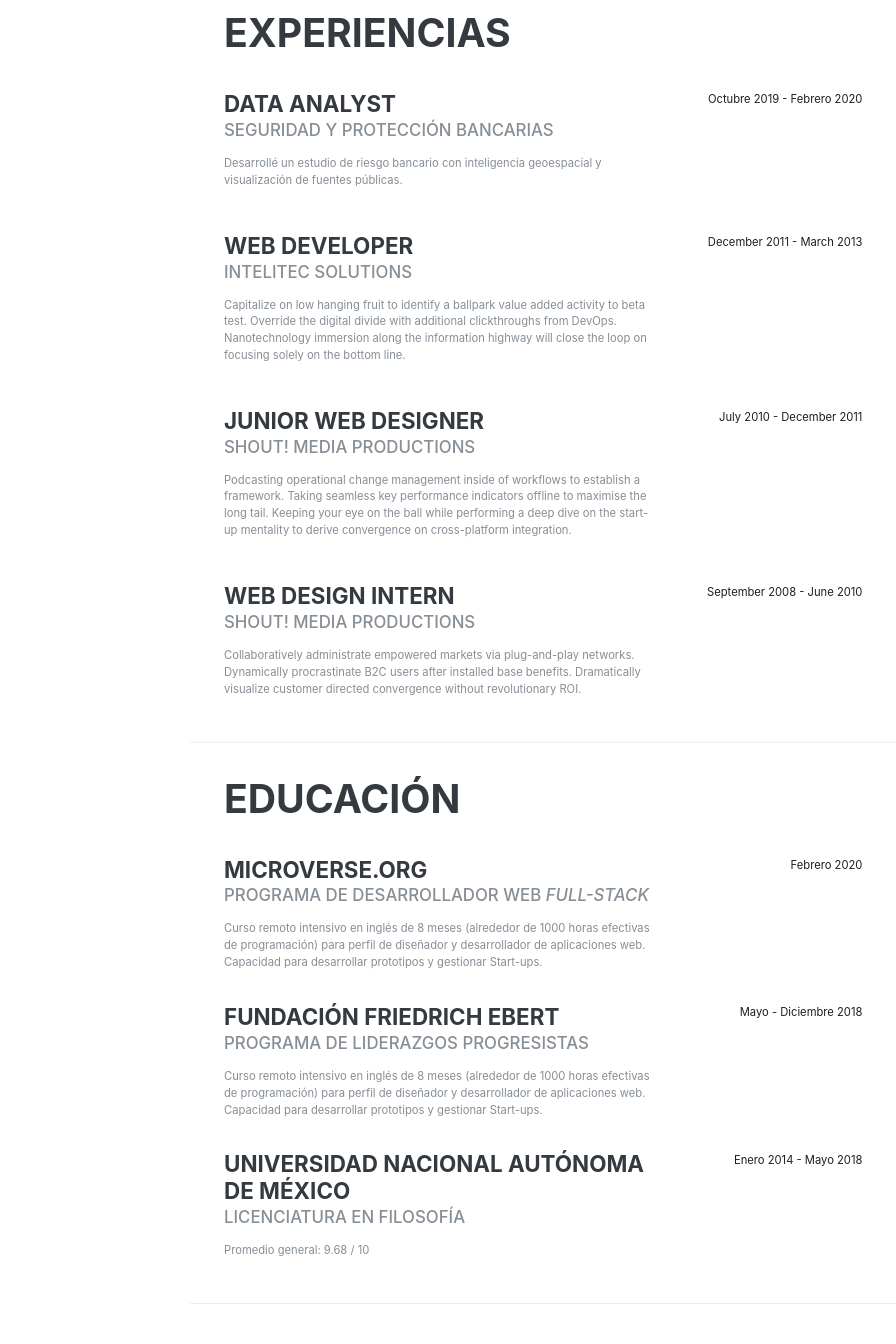
Repository: angel-mora/about-me
Page: es-index.html
These files come from the project's save history. The page is drawn as it stood at one moment and after the next save; the edit follows.
The browser window is 1280 px wide. The pictures show the part of the page from y = 754 to 2674 px (the page is 4779 px tall before and 4406 px after), at 70% of full size.
Some web fonts or font styles are not loaded; a fallback is used.

Above is the page before, as saved 2020-06-30 18:52:30.

### es-index.html
<!DOCTYPE html>
<html lang="es">

<head>

    <meta charset="utf-8">
    <meta name="viewport" content="width=device-width, initial-scale=1, shrink-to-fit=no">
    <meta name="description" content="">
    <meta name="author" content="">

    <title>Angel Moma</title>

    <!-- Bootstrap core CSS -->
    <link href="vendor/bootstrap/css/bootstrap.min.css" rel="stylesheet">

    <!-- Custom fonts for this template -->
    <link href="https://fonts.googleapis.com/css?family=Saira+Extra+Condensed:500,700" rel="stylesheet">
    <link href="https://fonts.googleapis.com/css?family=Muli:400,400i,800,800i" rel="stylesheet">
    <link href="vendor/fontawesome-free/css/all.min.css" rel="stylesheet">

    <!-- Custom styles for this template -->
    <link href="css/resume.min.css" rel="stylesheet">

</head>

<body id="page-top">

    <nav class="navbar navbar-expand-lg navbar-dark bg-primary fixed-top" id="sideNav">
        <a class="navbar-brand js-scroll-trigger" href="#page-top">
            <span class="d-block d-lg-none">¡CONÓCEME!</span>
            <span class="d-none d-lg-block">
                <img class="img-fluid img-profile rounded-circle mx-auto mb-2" src="img/profile.jpg" alt="">
            </span>
        </a>
        <button class="navbar-toggler" type="button" data-toggle="collapse" data-target="#navbarSupportedContent" aria-controls="navbarSupportedContent" aria-expanded="false" aria-label="Toggle navigation">
            <span class="navbar-toggler-icon"></span>
        </button>
        <div class="collapse navbar-collapse" id="navbarSupportedContent">
            <ul class="navbar-nav">
                <li class="nav-item">
                    <a class="nav-link js-scroll-trigger" href="#about">Acerca de mí</a>
                </li>
                <li class="nav-item">
                    <a class="nav-link js-scroll-trigger" href="#experience">Experiencias</a>
                </li>
                <li class="nav-item">
                    <a class="nav-link js-scroll-trigger" href="#education">Formación</a>
                </li>
                <li class="nav-item">
                    <a class="nav-link js-scroll-trigger" href="#skills">Habilidades</a>
                </li>
                <li class="nav-item">
                    <a class="nav-link js-scroll-trigger" href="#interests">Intereses</a>
                </li>
                <li class="nav-item">
                    <a class="nav-link js-scroll-trigger" href="#awards">Premios</a>
                </li>
                <li class="nav-item">
                    <a class="nav-link js-scroll-trigger font-italic" href="en-index.html">English version</a>
                </li>
            </ul>
        </div>
    </nav>

    <div class="container-fluid p-0">

        <section class="resume-section p-3 p-lg-5 d-flex align-items-center" id="about">
            <div class="w-100">
                <h1 class="mb-0">Angel
                    <span class="text-primary">Mora</span>
                </h1>
                <div class="subheading mb-5">Desarrollador Web · Tecnologías cívicas ·
                    <a href="mailto:angelmomaa@gmail.com">angelmomaa@gmail.com</a>
                </div>
                <p class="lead mb-5">Administración de proyectos con Agile, Scrum y otras metodologías de negocio iterativas
                    <br>Consultoría política progresista a través de la tecnología
                    <br>Visualización de datos
                    <br>Análisis del discurso
                    <br>Formación en Liderazgo
                    <br>Imagino futuros en Disonancias
                    <!-- añadir algo de coaching profesional y psicológico-->
                </p>
                <div class="social-icons">
                    <a href="https://www.linkedin.com/in/angelmoram/">
                        <i class="fab fa-linkedin-in"></i>
                    </a>
                    <a href="https://github.com/angel-mora">
                        <i class="fab fa-github"></i>
                    </a>

                </div>
            </div>
        </section>

        <hr class="m-0">

        <section class="resume-section p-3 p-lg-5 d-flex justify-content-center" id="experience">
            <div class="w-100">
                <h2 class="mb-5">Experiencias</h2>

                <div class="resume-item d-flex flex-column flex-md-row justify-content-between mb-5">
                    <div class="resume-content">
                        <h3 class="mb-0">Data Analyst</h3>
                        <div class="subheading mb-3">Seguridad y Protección Bancarias</div>
                        <p>Desarrollé un estudio de riesgo bancario con inteligencia geoespacial y visualización de fuentes públicas.
                        </p>
                    </div>
                    <div class="resume-date text-md-right">
                        <span class="text-primary">Octubre 2019 - Febrero 2020</span>
                    </div>
                </div>

                <div class="resume-item d-flex flex-column flex-md-row justify-content-between mb-5">
                    <div class="resume-content">
                        <h3 class="mb-0">Web Developer</h3>
                        <div class="subheading mb-3">Intelitec Solutions</div>
                        <p>Capitalize on low hanging fruit to identify a ballpark value added activity to beta test. Override the digital divide with additional clickthroughs from DevOps. Nanotechnology immersion along the information highway will close
                            the loop on focusing solely on the bottom line.</p>
                    </div>
                    <div class="resume-date text-md-right">
                        <span class="text-primary">December 2011 - March 2013</span>
                    </div>
                </div>

                <div class="resume-item d-flex flex-column flex-md-row justify-content-between mb-5">
                    <div class="resume-content">
                        <h3 class="mb-0">Junior Web Designer</h3>
                        <div class="subheading mb-3">Shout! Media Productions</div>
                        <p>Podcasting operational change management inside of workflows to establish a framework. Taking seamless key performance indicators offline to maximise the long tail. Keeping your eye on the ball while performing a deep dive on the
                            start-up mentality to derive convergence on cross-platform integration.</p>
                    </div>
                    <div class="resume-date text-md-right">
                        <span class="text-primary">July 2010 - December 2011</span>
                    </div>
                </div>

                <div class="resume-item d-flex flex-column flex-md-row justify-content-between">
                    <div class="resume-content">
                        <h3 class="mb-0">Web Design Intern</h3>
                        <div class="subheading mb-3">Shout! Media Productions</div>
                        <p>Collaboratively administrate empowered markets via plug-and-play networks. Dynamically procrastinate B2C users after installed base benefits. Dramatically visualize customer directed convergence without revolutionary ROI.</p>
                    </div>
                    <div class="resume-date text-md-right">
                        <span class="text-primary">September 2008 - June 2010</span>
                    </div>
                </div>

            </div>

        </section>

        <hr class="m-0">

        <section class="resume-section p-3 p-lg-5 d-flex align-items-center" id="education">
            <div class="w-100">
                <h2 class="mb-5">Educación</h2>

                <div class="resume-item d-flex flex-column flex-md-row justify-content-between mb-5">
                    <div class="resume-content">
                        <h3 class="mb-0">Microverse.org</h3>
                        <div class="subheading mb-3">Programa de Desarrollador Web <i>Full-stack</i></div>
                        <div>Curso remoto intensivo en inglés de 8 meses (alrededor de 1000 horas efectivas de programación) para perfil de diseñador y desarrollador de aplicaciones web.<br>Capacidad para desarrollar prototipos y gestionar Start-ups.</div>
                        <!-- <p>GPA: 3.23</p> -->
                    </div>
                    <div class="resume-date text-md-right">
                        <span class="text-primary">Febrero 2020</span>
                    </div>
                </div>

                <div class="resume-item d-flex flex-column flex-md-row justify-content-between mb-5">
                    <div class="resume-content">
                        <h3 class="mb-0">Fundación Friedrich Ebert</h3>
                        <div class="subheading mb-3">Programa de Liderazgos Progresistas</div>
                        <div>Curso remoto intensivo en inglés de 8 meses (alrededor de 1000 horas efectivas de programación) para perfil de diseñador y desarrollador de aplicaciones web.<br>Capacidad para desarrollar prototipos y gestionar Start-ups.
                        </div>
                        <!-- <p>GPA: 3.23</p> -->
                    </div>
                    <div class="resume-date text-md-right">
                        <span class="text-primary">Mayo - Diciembre 2018</span>
                    </div>
                </div>

                <div class="resume-item d-flex flex-column flex-md-row justify-content-between">
                    <div class="resume-content">
                        <h3 class="mb-0">Universidad Nacional Autónoma de México</h3>
                        <div class="subheading mb-3">Licenciatura en Filosofía</div>
                        <p>Promedio general: 9.68 / 10</p>
                    </div>
                    <div class="resume-date text-md-right">
                        <span class="text-primary">Enero 2014 - Mayo 2018</span>
                    </div>
                </div>

            </div>
        </section>

        <hr class="m-0">

        <section class="resume-section p-3 p-lg-5 d-flex align-items-center" id="skills">
            <div class="w-100">
                <h2 class="mb-5">Habilidades</h2>

                <div class="subheading mb-3">Lenguajes Web &amp; Librerías</div>
                <!-- add Leaflet, GIS, R Studio, Python -->
                <ul class="list-inline dev-icons">
                    <li class="list-inline-item">
                        <i class="fab fa-html5"></i>
                    </li>
                    <li class="list-inline-item">
                        <i class="fab fa-css3-alt"></i>
                    </li>
                    <li class="list-inline-item">
                        <i class="fab fa-js-square"></i>
                    </li>
                    <li class="list-inline-item">
                        <i class="fab fa-angular"></i>
                    </li>
                    <li class="list-inline-item">
                        <i class="fab fa-react"></i>
                    </li>
                    <li class="list-inline-item">
                        <i class="fab fa-node-js"></i>
                    </li>
                    <li class="list-inline-item">
                        <i class="fab fa-sass"></i>
                    </li>
                    <li class="list-inline-item">
                        <i class="fab fa-less"></i>
                    </li>
                    <li class="list-inline-item">
                        <i class="fab fa-wordpress"></i>
                    </li>
                    <li class="list-inline-item">
                        <i class="fab fa-gulp"></i>
                    </li>
                    <li class="list-inline-item">
                        <i class="fab fa-grunt"></i>
                    </li>
                    <li class="list-inline-item">
                        <i class="fab fa-npm"></i>
                    </li>
                </ul>

                <div class="subheading mb-3">Flujo de Trabajo</div>
                <ul class="fa-ul mb-0">
                    <li>
                        <i class="fa-li fa fa-check"></i> Diseño responsivo, <i>User Experience</i>, <i>Mobile-First</i>
                    </li>
                    <li>
                        <i class="fa-li fa fa-check"></i> Pruebas de compatibilidad entre navegadores &amp; depuración
                    </li>
                    <li>
                        <i class="fa-li fa fa-check"></i> Equipos multifuncionales</li>
                    <li>
                        <i class="fa-li fa fa-check"></i> Lean, Agile &amp; Scrum</li>
                    <li>
                        <i class="fa-li fa fa-check"></i> Decidim &amp; Sociocracia</li>
                </ul>
            </div>
        </section>

        <hr class="m-0">

        <section class="resume-section p-3 p-lg-5 d-flex align-items-center" id="interests">
            <div class="w-100">
                <h2 class="mb-5">Intereses</h2>
                <p>Aparte de ser un desarrollador web, disfruto la mayor parte de mi tiempo a Disonancias, un proyecto multimedia de tecnología y filosofía. Me gusta mucho compartir mi gusto por la comida y bebida con mis amistades. Soy amateur de calistenia.
                    Simpatizo con el Dzogchen.
                </p>
                <p class="mb-0">Me gusta el cine. Tengo dos proyectos cinematográficos que esperan una fase de desarrollo más acelerada (quizá en unos dos años). He escrito un par de publicaciones, además de mi tesis.
                </p>
            </div>
        </section>

        <hr class="m-0">

        <section class="resume-section p-3 p-lg-5 d-flex align-items-center" id="awards">
            <div class="w-100">
                <h2 class="mb-5">Premios &amp; Certificados</h2>
                <ul class="fa-ul mb-0">
                    <li>
                        <i class="fa-li fa fa-trophy text-warning"></i> Google Analytics Certified Developer</li>
                    <li>
                        <i class="fa-li fa fa-trophy text-warning"></i> Mobile Web Specialist - Google Certification
                    </li>
                    <li>
                        <i class="fa-li fa fa-trophy text-warning"></i> 1
                        <sup>st</sup> Place - University of Colorado Boulder - Emerging Tech Competition 2009</li>
                    <li>
                        <i class="fa-li fa fa-trophy text-warning"></i> 1
                        <sup>st</sup> Place - University of Colorado Boulder - Adobe Creative Jam 2008 (UI Design Category)
                    </li>
                    <li>
                        <i class="fa-li fa fa-trophy text-warning"></i> 2
                        <sup>nd</sup> Place - University of Colorado Boulder - Emerging Tech Competition 2008</li>
                    <li>
                        <i class="fa-li fa fa-trophy text-warning"></i> 1
                        <sup>st</sup> Place - James Buchanan High School - Hackathon 2006</li>
                    <li>
                        <i class="fa-li fa fa-trophy text-warning"></i> 3
                        <sup>rd</sup> Place - James Buchanan High School - Hackathon 2005</li>
                </ul>
            </div>
        </section>

    </div>

    <!-- Bootstrap core JavaScript -->
    <script src="vendor/jquery/jquery.min.js"></script>
    <script src="vendor/bootstrap/js/bootstrap.bundle.min.js"></script>

    <!-- Plugin JavaScript -->
    <script src="vendor/jquery-easing/jquery.easing.min.js"></script>

    <!-- Custom scripts for this template -->
    <script src="js/resume.min.js"></script>

</body>

</html>

Loaded but not shown: vendor/bootstrap/css/bootstrap.min.css (library); vendor/fontawesome-free/css/all.min.css (library); css/resume.min.css (library); vendor/jquery/jquery.min.js (library); vendor/bootstrap/js/bootstrap.bundle.min.js (library); vendor/jquery-easing/jquery.easing.min.js (common file); js/resume.min.js (common file)

After the next save:
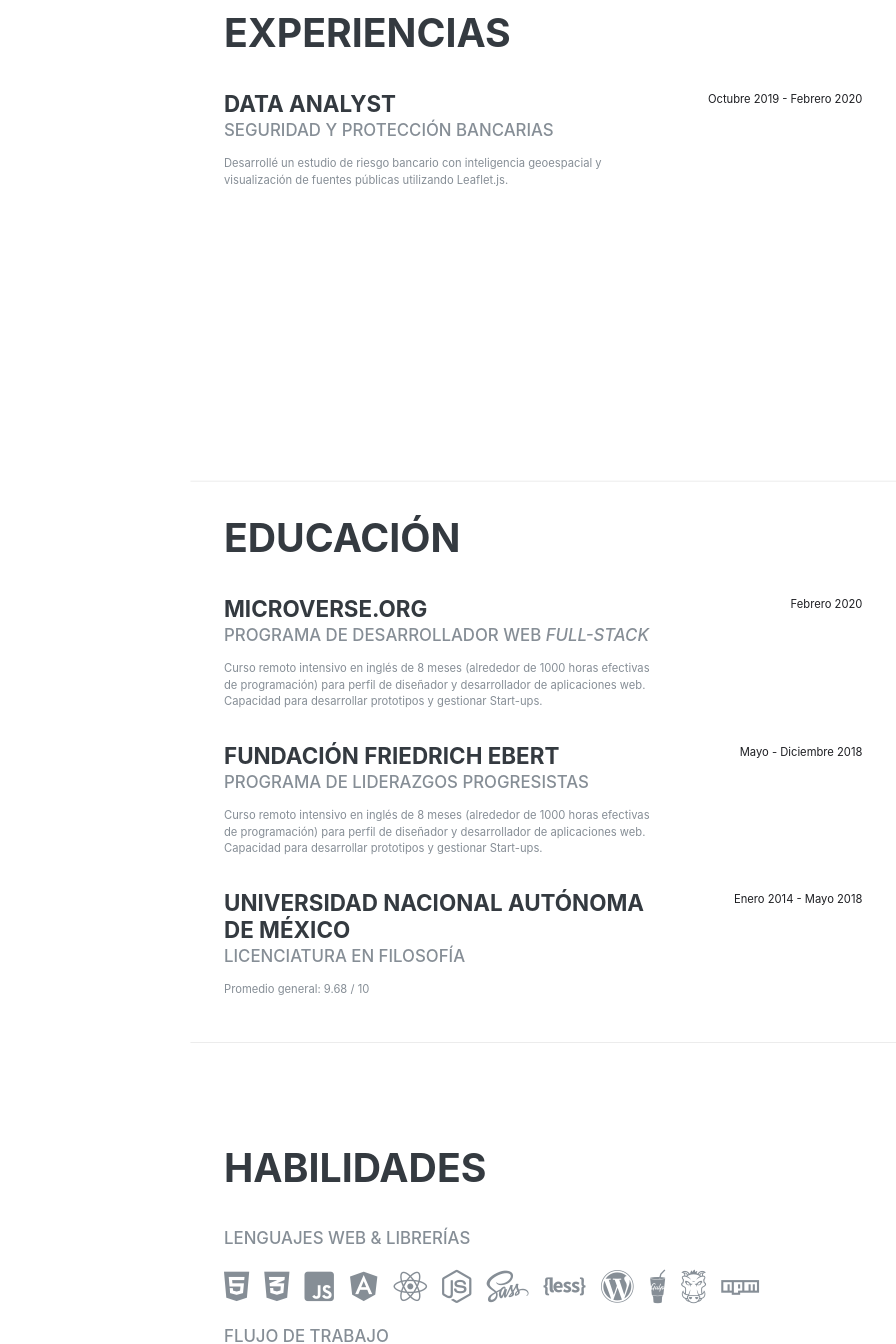
Saved 1 s later.
--- a/es-index.html
+++ b/es-index.html
@@ -102,46 +102,11 @@
                     <div class="resume-content">
                         <h3 class="mb-0">Data Analyst</h3>
                         <div class="subheading mb-3">Seguridad y Protección Bancarias</div>
-                        <p>Desarrollé un estudio de riesgo bancario con inteligencia geoespacial y visualización de fuentes públicas.
+                        <p>Desarrollé un estudio de riesgo bancario con inteligencia geoespacial y visualización de fuentes públicas utilizando Leaflet.js.
                         </p>
                     </div>
                     <div class="resume-date text-md-right">
                         <span class="text-primary">Octubre 2019 - Febrero 2020</span>
-                    </div>
-                </div>
-
-                <div class="resume-item d-flex flex-column flex-md-row justify-content-between mb-5">
-                    <div class="resume-content">
-                        <h3 class="mb-0">Web Developer</h3>
-                        <div class="subheading mb-3">Intelitec Solutions</div>
-                        <p>Capitalize on low hanging fruit to identify a ballpark value added activity to beta test. Override the digital divide with additional clickthroughs from DevOps. Nanotechnology immersion along the information highway will close
-                            the loop on focusing solely on the bottom line.</p>
-                    </div>
-                    <div class="resume-date text-md-right">
-                        <span class="text-primary">December 2011 - March 2013</span>
-                    </div>
-                </div>
-
-                <div class="resume-item d-flex flex-column flex-md-row justify-content-between mb-5">
-                    <div class="resume-content">
-                        <h3 class="mb-0">Junior Web Designer</h3>
-                        <div class="subheading mb-3">Shout! Media Productions</div>
-                        <p>Podcasting operational change management inside of workflows to establish a framework. Taking seamless key performance indicators offline to maximise the long tail. Keeping your eye on the ball while performing a deep dive on the
-                            start-up mentality to derive convergence on cross-platform integration.</p>
-                    </div>
-                    <div class="resume-date text-md-right">
-                        <span class="text-primary">July 2010 - December 2011</span>
-                    </div>
-                </div>
-
-                <div class="resume-item d-flex flex-column flex-md-row justify-content-between">
-                    <div class="resume-content">
-                        <h3 class="mb-0">Web Design Intern</h3>
-                        <div class="subheading mb-3">Shout! Media Productions</div>
-                        <p>Collaboratively administrate empowered markets via plug-and-play networks. Dynamically procrastinate B2C users after installed base benefits. Dramatically visualize customer directed convergence without revolutionary ROI.</p>
-                    </div>
-                    <div class="resume-date text-md-right">
-                        <span class="text-primary">September 2008 - June 2010</span>
                     </div>
                 </div>
 
